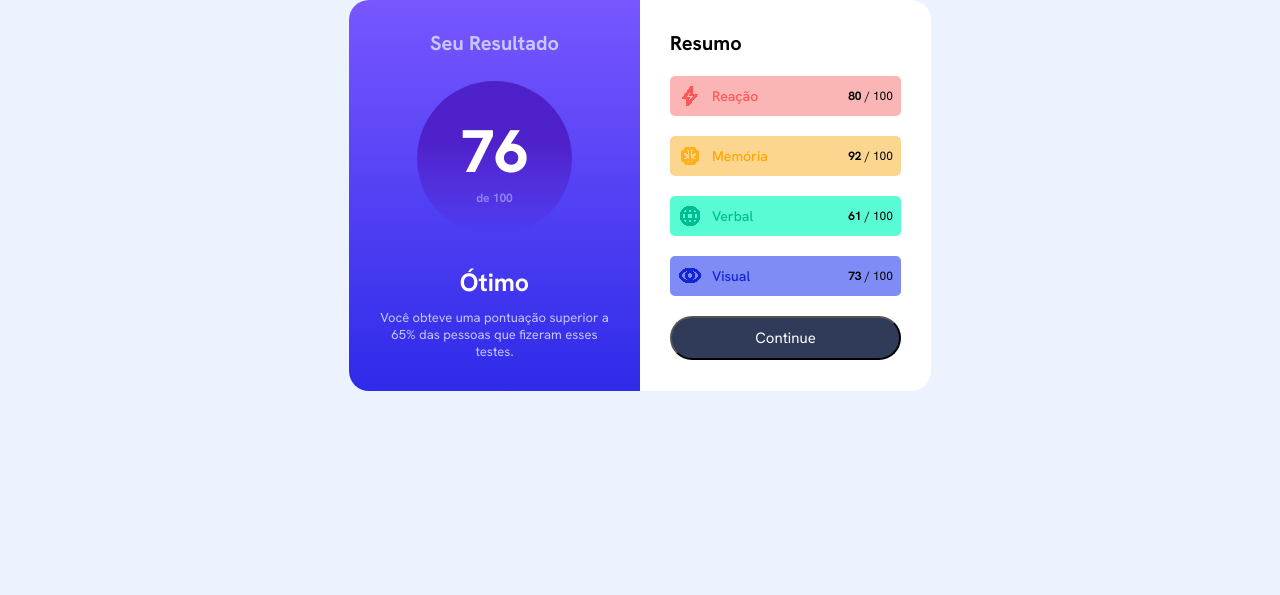
Repository: caique2512/resumo-de-resultados
Page: index.html
These files come from the project's save history. The page is drawn as it stood at one moment and after the next save; the edit follows.
The browser window is 1280 px wide. The pictures show the whole page.

Above is the page before, as saved 2026-03-13 17:46:19.

### index.html
<!DOCTYPE html>
<html lang="pt-br">
<head>
    <meta charset="UTF-8">
    <meta name="viewport" content="width=device-width, initial-scale=1.0">
    <title>Resumo de Resultados</title>
    <link rel="stylesheet" href="src/css/estilos.css">
    <link rel="stylesheet" href="src/css/reset.css">
</head>
<body>
    <main class="conteudo">
        <div class="principal">
            <h1 class="titulo">Seu Resultado</h1>
            <div class="circulo">
                <h2>76</h2>
                <p>de 100</p>
            </div>
            <h2 class="avaliacao">Ótimo</h2>
            <p class="subtitle">Você obteve uma pontuação superior a 65% das pessoas que fizeram esses testes.</p>
        </div>
        <div class="resultado">
            <h1 class="titulo1">Resumo</h1>
            <div class="classes">
                <div class="resumo1">
                    <div>
                        <img src="./src/images/raio.png" alt="Raio">
                        <h3>Reação</h3>
                    </div>
                    <p><strong>80</strong> / 100</p>
                </div>
                <div class="resumo2">
                    <div>
                        <img src="./src/images/memoria.png" alt="Memória">
                        <h3>Memória</h3>
                    </div>
                    <p><strong>92</strong> / 100</p>
                </div>
                <div class="resumo3">
                    <div>
                        <img src="./src/images/mensagem.png" alt="Mensagem">
                        <h3>Verbal</h3>
                    </div>
                    <p><strong>61</strong> / 100</p>
                </div>
                <div class="resumo4">
                    <div>
                        <img src="./src/images/olho.png" alt="olho">
                        <h3>Visual</h3>
                    </div>
                    <p><strong>73</strong> / 100</p>
                </div>
            </div>
            <button class="btn-resumo">Continue</button>
        </div>
    </main>
</body>
</html>

### src/css/estilos.css
@import url('https://fonts.googleapis.com/css2?family=Hanken+Grotesk:ital,wght@0,100..900;1,100..900&display=swap');


body {
    background-color: #ECF3FF;
}

.conteudo {
    display: flex;
    justify-content: center;
    align-items: center;
    min-height: 100%
}

.principal {
    background: linear-gradient(hsl(252, 100%, 67%), hsl(241, 81%, 54%));
    width: 291px;
    height: 391px;
    display: flex;
    flex-direction: column;
    align-items: center;
    border-radius: 20px 0px 0px 20px;
}

.titulo {
    color: hsl(241, 100%, 89%);
    font-family: "Hanken Grotesk";
    margin-top: 30px;
    font-size: 2rem;
}

.circulo {
    background: linear-gradient(hsla(256, 72%, 46%, 1) 40%, hsla(241, 72%, 46%, 0));
    width: 155px;
    height: 155px;
    border-radius: 50%;
    display: flex;
    align-items: center;
    justify-content: center;
    flex-direction: column;
    margin-top: 2.5rem;
}

.circulo h2 {
    font-size: 6rem;
    font-family: "Hanken Grotesk";
    font-weight: 800;
    color: hsl(0, 0%, 100%);
}

.circulo p {
    color: hsla(241, 100%, 89%, 0.538);
    font-family: "Hanken Grotesk";
    font-weight: 700;
    font-size: 1.2rem;
}

.principal .avaliacao {
    color: white;
    font-family: "Hanken Grotesk";
    margin-top: 30px;
    font-size: 2.5rem;

}

.principal .subtitle {
    color: hsl(241, 100%, 89%);
    font-family: "Hanken Grotesk";
    width: 230px;
    display: flex;
    text-align: center;
    margin: 10px;
    font-size: 1.3rem;
}

.resultado {
    background-color: white;
    width: 291px;
    height: 391px;
    padding: 30px;
    border-radius: 0px 20px 20px 0px;
}

.resultado .titulo1 {
    color: #000000;
    font-family: "Hanken Grotesk";
}

.resultado .classes {
    display: flex;
    flex-direction: column;
    gap: 20px;
    margin: 20px 0px;
}

.resultado .resumo1 h3 {
    color: hsl(0, 100%, 67%);
    font-family: "Hanken Grotesk";
    font-size: 1.4rem;
    font-weight: 500;
}

.resultado .classes .resumo1 div {
    display: flex;
    align-items: center;
    gap: 10px;
}

.resultado .classes .resumo1{
    display: flex;
    align-items: center;
    justify-content: space-between;
    background-color: hsla(0, 90%, 77%, 0.667);
    padding: 8px;
    border-radius: 5px;
}

.resultado .resumo2 h3 {
    color: #ffa602;
    font-family: "Hanken Grotesk";
    font-size: 1.4rem;
    font-weight: 500;
}

.resultado .classes .resumo2 div {
    display: flex;
    align-items: center;
    gap: 10px;
}

.resultado .classes .resumo2{
    display: flex;
    align-items: center;
    justify-content: space-between;
    background-color: hsla(39, 96%, 73%, 0.834);
    padding: 8px;
    border-radius: 5px;
}

.resultado .resumo3 h3 {
    color: #00bd91;
    font-family: "Hanken Grotesk";
    font-size: 1.4rem;
    font-weight: 500;
}

.resultado .classes .resumo3 div {
    display: flex;
    align-items: center;
    gap: 10px;
}

.resultado .classes .resumo3{
    display: flex;
    align-items: center;
    justify-content: space-between;
    background-color: hsla(166, 96%, 61%, 0.851);
    padding: 8px;
    border-radius: 5px;
}

.resultado .resumo4 h3 {
    color: #1125d4;
    font-family: "Hanken Grotesk";
    font-size: 1.4rem;
    font-weight: 500;
}

.resultado .classes .resumo4 div {
    display: flex;
    align-items: center;
    gap: 10px;
}

.resultado .classes .resumo4{
    display: flex;
    align-items: center;
    justify-content: space-between;
    background-color: hsla(234, 88%, 68%, 0.829);
    padding: 8px;
    border-radius: 5px;
}

.resultado .classes p {
    font-size: 1.2rem;
    font-family: "Hanken Grotesk";
}

.resultado .classes p strong {
    font-weight: 700;
}

.btn-resumo {
    background-color: hsl(224, 30%, 27%);
    width: 100%;
    padding: 10px;
    border-radius: 40px;
    color: white;
    font-family: "Hanken Grotesk";
    font-size: 1.5rem;
}

### src/css/reset.css
html {
    font-size: 62.5%;
}

* {
    margin: 0;
    padding: 0;
    box-sizing: border-box;
}

img {
    object-fit: cover;
}

After the next save:
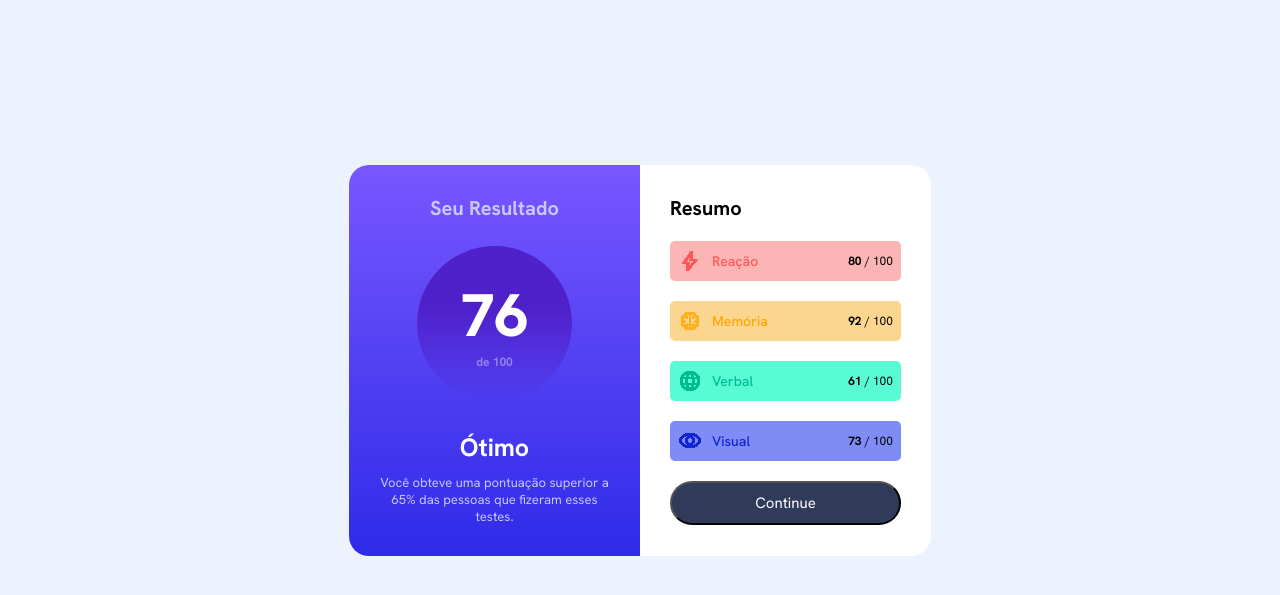
Saved 5 s later.
--- a/src/css/estilos.css
+++ b/src/css/estilos.css
@@ -9,7 +9,7 @@ body {
     display: flex;
     justify-content: center;
     align-items: center;
-    min-height: 100%
+    min-height: 100vh
 }
 
 .principal {
